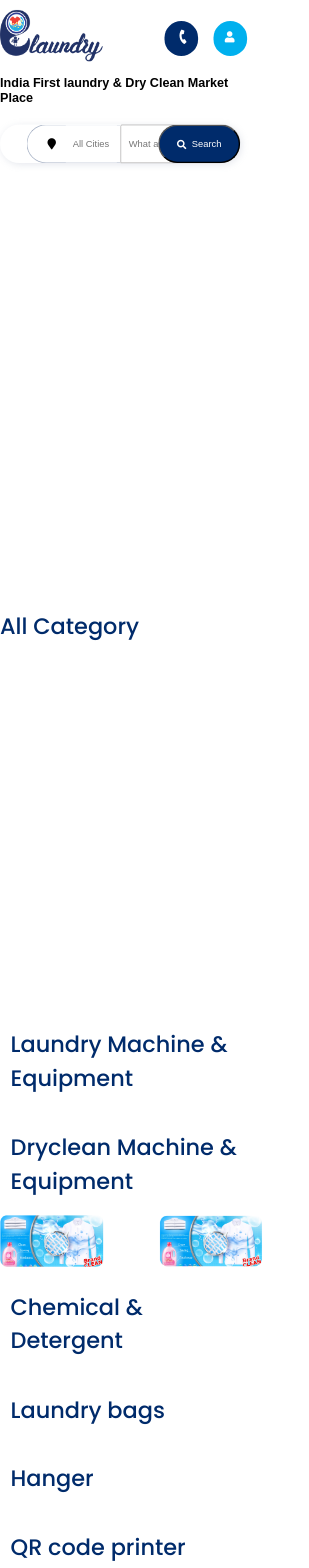
Repository: anamikatomar21/omramartnew
Page: /
The author's editor kept a copy of each file at every save. The page is drawn from the files as they stood at one save, then again after the next save.
The browser window is 375 px wide. The page is 442 px wide, so the pictures cover 442 px, including what lies to the right of the window. The pictures show the part of the page from y = 0 to 2240 px (the page is 5643 px tall before and 5661 px after), at 70% of full size.
The page's requests for data from a server got no answer. The project was rebuilt for these pictures with package versions that can differ from the ones it lists, and the page was loaded fresh each time. Some packages were replaced by stand-ins written for this rebuild. The framework's server and built-in components were replaced by stand-ins that run in the browser. No one was signed in, and anything a server would have sent is missing. Also part of the build but not shown: next.config.js, styles/Merchant/smallbanner.module.scss, styles/Merchant/layout.module.scss.

Above is the page before, as saved 2022-07-21 17:30:38.

After the next save:
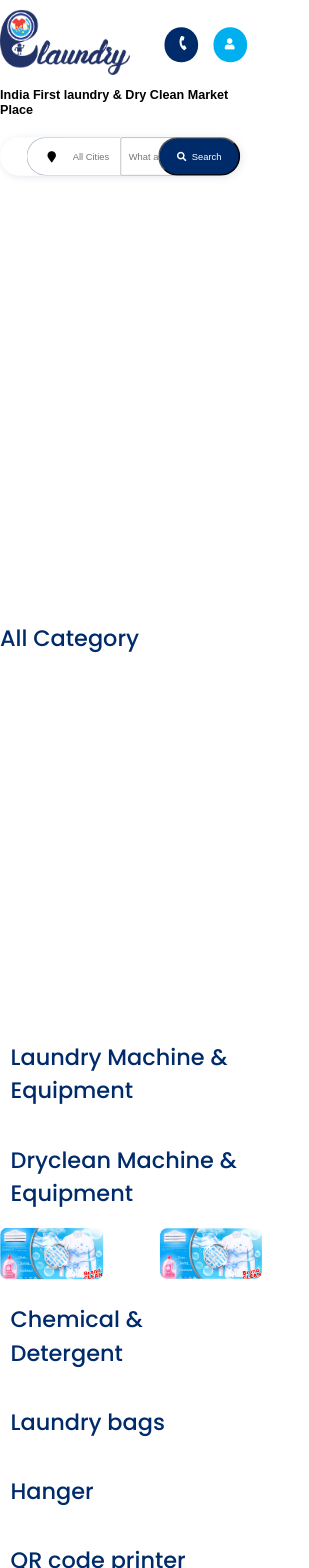
Saved 35 s later.
--- a/styles/Merchant/Header.module.scss
+++ b/styles/Merchant/Header.module.scss
@@ -355,8 +355,8 @@
 }
 .flex_box {
   display: flex;
-  justify-content: space-around;
-  gap: 48px;
+  justify-content: space-evenly;
+  gap: 9px;
   margin-top: 14px;
 }
 
